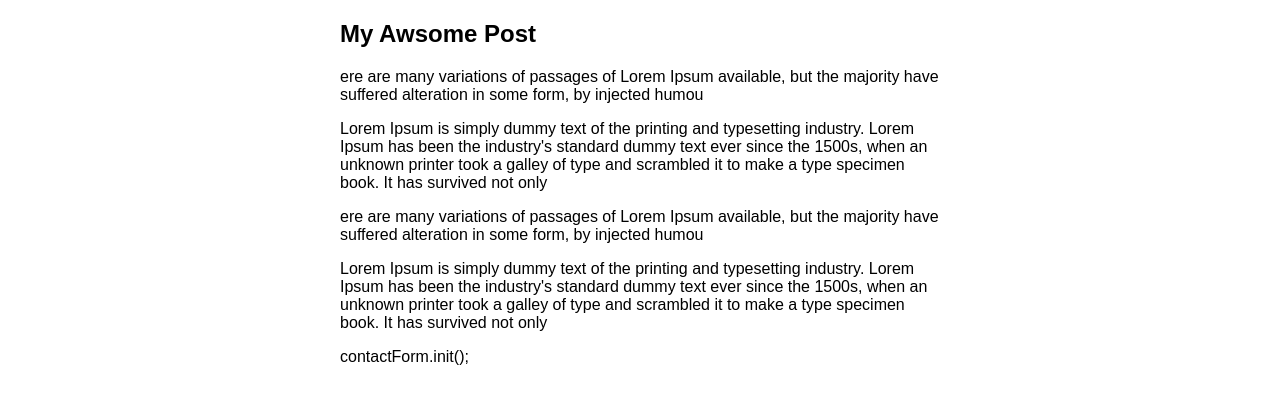
Repository: nema38/30DaysTrainning
Page: 30Days08/index.html
These files come from the project's save history. The page is drawn as it stood at one moment and after the next save; the edit follows.
The browser window is 1280 px wide. The pictures show the whole page.
Some web libraries are served in a nearby version.

Above is the page before, as saved 2014-04-16 18:20:40.

### 30Days08/index.html
<!DOCTYPE html>
<html>
	<head>
		<meta charset=utf-8/>
		<title>Effects</title>
		<style>
			body	{
				width: 600px;
				margin:auto;
				font-family: sans-serif;
			}

			#contact	{
				background: #e3e3e3;
				padding: 1em 2em;
				position:	relative;
			}

			.js #contact	{
				positin: absolute;
				top: 0;
				width: inherit;
				display: none;
			}

			#contact h2 { margin-top: 0;}

			#contact ul { padding: 0; }

			#contact li {
				list-style: none;
				margin-bottom:1em;
			}

			/*Close button on form */
			input, textarea { width: 100%; line-height: 2em; }
			input[type=submit] { width: auto;}
			label { display: block; text-align: left;}

		</style>
	</head>
	<body>
		<article>
			<h1>My Awsome Post</h1>
			<p>
				ere are many variations of passages of Lorem Ipsum available, but the majority have suffered alteration in some form, by injected humou
			</p>
			<p>
				Lorem Ipsum is simply dummy text of the printing and typesetting industry. Lorem Ipsum has been the industry's standard dummy text ever since the 1500s, when an unknown printer took a galley of type and scrambled it to make a type specimen book. It has survived not only
			</p>
			<p>
				ere are many variations of passages of Lorem Ipsum available, but the majority have suffered alteration in some form, by injected humou
			</p>
			<p>
				Lorem Ipsum is simply dummy text of the printing and typesetting industry. Lorem Ipsum has been the industry's standard dummy text ever since the 1500s, when an unknown printer took a galley of type and scrambled it to make a type specimen book. It has survived not only
			</p>
		</article>
		<div id="contact">
			<h2>Contact Me</h2>
			<form action="#">
				<ul>
					<li>
						<label for="name">Name: </label>
						<input name="name" id="name" />
					</li>
					<li>
						<label for="email">Email address: </label>
						<input name="email" id="email" >
					</li>
					<li>
						<label for="comments">What's Up?</label>
						<textarea name="comments" id="comments" cols="30" rows="10"></textarea>
					</li>
					<li>
						<input type="submit" value="Submit" />
					</li>
				</ul>
			</form>

		</div>

		<script src="http://ajax.googleapis.com/ajax/libs/jquery/1.11.0/jquery.min.js"></script>

		<script>
			(function() {
				$('html').addClass('js');

				var contactForm = {
					init: function() {
						$('<button></button>', {
							text: 'Contact Me'
						})
							.insertAfter( 'article:first');
					}
				};

			})();
		</script>
		contactForm.init();
	</body>
</html>

After the next save:
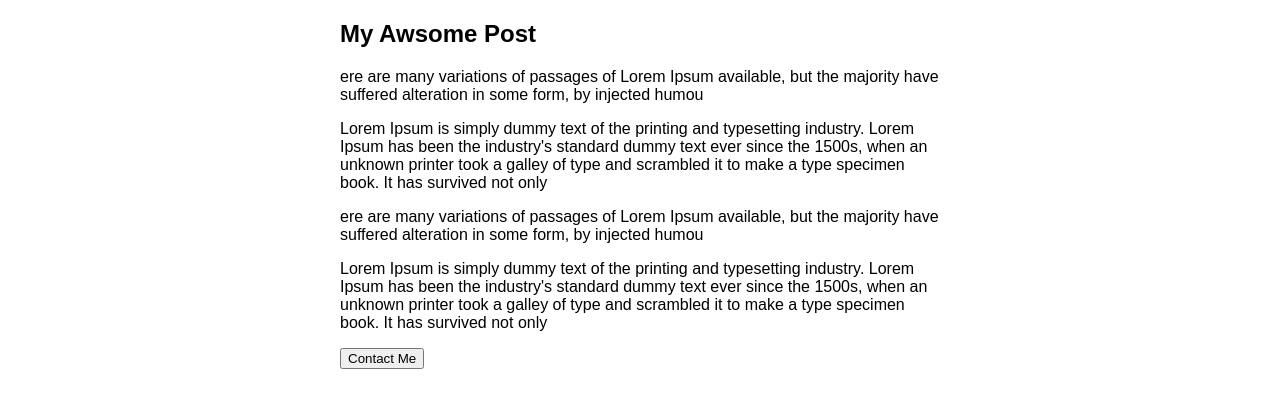
Saved 23 s later.
--- a/30Days08/index.html
+++ b/30Days08/index.html
@@ -93,9 +93,9 @@
 							.insertAfter( 'article:first');
 					}
 				};
-
+				contactForm.init();
 			})();
 		</script>
-		contactForm.init();
+
 	</body>
 </html>
